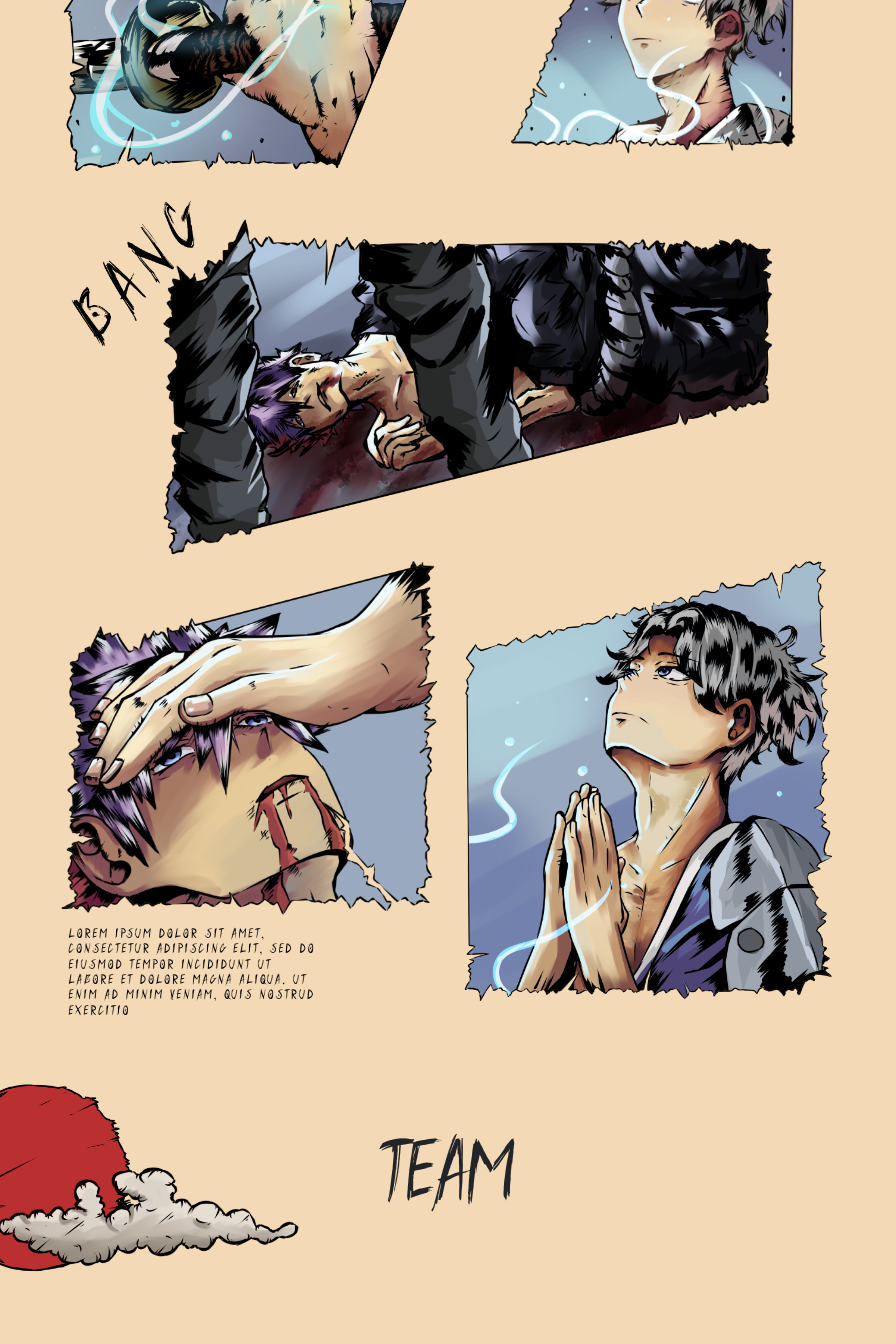
Repository: abzStudio/Kabuto-Web-notCompeleted
Page: index.html
An editor plug-in stored every save of this project. The page is shown before and after the next save, followed by the edit.
The browser window is 1280 px wide. The pictures show the part of the page from y = 1282 to 3202 px (the page is 4477 px tall before and 4675 px after), at 70% of full size.
Some web libraries are served in a nearby version.

Above is the page before, as saved 2023-03-16 03:02:34.

### index.html
<!doctype html>
<html lang="en">
  <head>
    <meta charset="utf-8">
    <meta name="viewport" content="width=device-width, initial-scale=1">
    <title>kabuto</title>
    <link rel="icon" type="image/x-icon" href="asset/images/favicon.ico">
    <link rel="stylesheet" href="asset/style.css">
    <link href="https://cdn.jsdelivr.net/npm/bootstrap@5.2.3/dist/css/bootstrap.min.css" rel="stylesheet" integrity="sha384-rbsA2VBKQhggwzxH7pPCaAqO46MgnOM80zW1RWuH61DGLwZJEdK2Kadq2F9CUG65" crossorigin="anonymous">
  <meta http-equiv="Content-Security-Policy" content="block-all-mixed-content">
  </head>

  <body><script src="https://code.jquery.com/jquery-1.10.1.min.js"></script>

    <script src="https://cdn.jsdelivr.net/npm/bootstrap@5.2.3/dist/js/bootstrap.bundle.min.js" integrity="sha384-kenU1KFdBIe4zVF0s0G1M5b4hcpxyD9F7jL+jjXkk+Q2h455rYXK/7HAuoJl+0I4" crossorigin="anonymous"></script>
<!-- New Nav Bar -->
<button class="toggle-overlay menu-btn"></button>
<aside>
    <div class="outer-close toggle-overlay">
      <a class="close"><span></span></a>
    </div>

    <nav>
        <div id="pot">  <img src="asset/images/heroimage.png" class="menu_img fade-lefts" alt="cloud"></div>
        <div class="social_icons">
            <ul class="icons_ul">
               <li><a href= ""><img href= "" src="asset/images/icons/discord.png" class="iconset" alt="icon"></a></li>
              <li><a href= "https://twitter.com/KabutoNFT"><img src="asset/images/icons/twitter.png" class="iconset" alt="icon"></a></li>
          <!--
                <li><img href= "" src="asset/images/icons/opensea.png" class="iconset" alt="icon"></li>
                <li><img href= "" src="asset/images/icons/blur.png" class="iconset" alt="icon"></li>
                <li><img href= "" src="asset/images/icons/discord.png" class="iconset" alt="icon"></li>
                <li><img href= "" src="asset/images/icons/looks.png" class="iconset" alt="icon"></li>
                <li><img href= "" src="asset/images/icons/first.png" class="iconset" alt="icon"></li>
                <li><img href= "" src="asset/images/icons/twitter.png" class="iconset" alt="icon"></li>
                <li><img href= "" src="asset/images/icons/web.png" class="iconset" alt="icon"></li>
                <li><img href= "" src="asset/images/icons/x2y2.png" class="iconset" alt="icon"></li>
                <li><img href= "" src="asset/images/icons/etherscan.png" class="iconset" alt="icon"></li>   -->
            </ul>
        </div>
        <ul class="pointshead">
            <li><a class="js-anchor-link down" href="#story_section">- Story</a></li>
            <li><a class="js-anchor-link down" href="#team_section">- Team</a></li>
            <li><a class="js-anchor-link down" href="#">- Mint</a></li>
            <li><a class="js-anchor-link down" href="#footer_section">- Useful Links</a></li>
      </ul>
    </nav>
  </aside>
<!-- end -->

    <section class="hero-section sec_ani">
    <div class="container-fluid reveal">
        <div class="row">
            <div class="col-md-12 hero_col">
                <!-- <button type="button" class="btn btn-infos btn_custom">Utility</button> -->
            </div>
        </div>
    </div>
</section>
<section id="story_section" class="section_story text-center sec_ani">
    <div class="container-fluid">
        <div class="row reveal fade-top">
            <div class="col-md-4 iamge_ad">
                <img src="asset/images/cloud.png" class="cloud_c" alt="cloud">
            </div>
            <div class="col-md-4 story_col end_col">
                <h1 class="">Story</h1>
            </div>
            <div class="col-md-4 iamge_ad">
                <img src="asset/images/tree.png" class="tree_c" alt="trees">
            </div>
            </div>
            </div>
            <div class="container container_stry">
            <div class="row row_story_end reveal fade-bottom adj_row ">
            <div class="col-md-6 story_img">
                <img src="asset/images/story_1.png" alt="Story one">
            </div>
            <div class="col-md-6 story_img">
                <img src="asset/images/story_2.png" class="story_two" alt="Story two">
              <div class="div_text">
                          <p class="text_p"> </p>
</div>
            </div>
        </div>
        <div class="row reveal fade-left" >
            <div class="col-md-12 story_img">
                <img src="asset/images/story_3.png" class="story_three" alt="Story three">
            </div>
            </div>
            <div class="row row_story_end reveal fade-right last_set">
                <div class="col-md-6 story_img">
                    <img src="asset/images/story_4.png" class="image_star" alt="Story four">
                    <div class="div_texts">
                        <p class="text_p">Lorem ipsum dolor sit amet, <br/> consectetur adipiscing elit, sed do <br/> eiusmod tempor incididunt ut <br/> labore et dolore magna aliqua. Ut<br/>
                             enim ad minim veniam, quis nostrud <br/>exercitio</p>
        </div>
                </div>
                <div class="col-md-6 story_img">
                    <img src="asset/images/story_5.png" alt="Story five">

                </div>
            </div>
    </div>
</section>
<section id="team_section" class="section_story text-center sec_ani">
    <div class="container-fluid reveal fade-bottom">
        <div class="row reveal fade-top">
            <div class="col-md-4 iamge_ad">
                <img src="asset/images/suncloud.png" class="cloud_c" alt="cloud">
            </div>
            <div class="col-md-4 story_col teamhead end_col">
                <h1 class="">Team</h1>
            </div>
            <div class="col-md-4 iamge_ad">
            </div>
            </div>
            <div class="row reveal fade-left">
              <div class="contan_images">
                <div class="box">
                  <div class="imgBx">
                    <img src="asset/images/Bileth.png">
                  </div>
                  <div class="content">
                    <div class="contentset">
                      <a href="https://twitter.com/bilethh" target="_blank" rel="noopener noreferrer">          <h2>Bileth</h2> </a>
                      <p>Founder</p>
                    </div>
                  </div>
                </div>
                <div class="box">
                  <div class="imgBx">
                    <img src="asset/images/Budguy.png">
                  </div>
                  <div class="content">
                    <div class="contentset">
                      <a href="https://twitter.com/TRomail" target="_blank" rel="noopener noreferrer">        <h2>Budguy</h2> </a>
                      <p>Co-Founder</p>
                    </div>
                  </div>
                </div>
                <div class="box">
               <div class="imgBx">
                 <img src="asset/images/smshayan.png">
                  </div>
                  <div class="content">
                    <div class="contentset">
                      <a href="https://twitter.com/smshayan_eth" target="_blank" rel="noopener noreferrer">   <h2>Smshayan</h2>  </a>
                      <p>Developer</p>
                    </p>
                    </div>
                  </div>
                </div>

              </div>
                </div>

            </div>



        </section>

      <section id="footer_section" class="section_story text-center sec_ani">
          <div class="container-fluid footer_head">
            <div class="row reveal">
              <div class="col-md-12 iamge_ad">
                  <img src="asset/images/cloudredbg.png" class="cloud_c" alt="cloud">
              </div>
            </div>
        </div>
        <div class="container-fluid footer_head section_footer">
              <div class="row">
                <div class="col-sm-12 col-md-12 col-lg-12">
                  <ul>
                    <li><a class="js-anchor-link" href="#story_section">- Story</a></li>
                    <li><a class="js-anchor-link" href="#team_section">- Team</a></li>
                    <li><a class="js-anchor-link" href="#">- Mint</a></li>
                    <li><a class="js-anchor-link" href="#">- Useful Links</a></li>
              </ul>
                </div>
              </div>
              <div class="row rowicon">
                <div class="col-sm-12 col-md-12 col-lg-12 fend">
                  <div class="social_icons iconmob">
                    <ul class="icons_ul">
                      <li><a href=""><img href= "" src="asset/images/icons/discord.png" class="iconset" alt="icon">
                     </a></li>
                      <li><a href="https://twitter.com/KabutoNFT"><img src="asset/images/icons/twitter.png" class="iconset" alt="icon">
                      </a></li>

                      <!--  <li><img href= "" src="asset/images/icons/opensea.png" class="iconset" alt="icon"></li>
                        <li><img href= "" src="asset/images/icons/blur.png" class="iconset" alt="icon"></li>
                        <li><img href= "" src="asset/images/icons/discord.png" class="iconset" alt="icon"></li>
                        <li><img href= "" src="asset/images/icons/looks.png" class="iconset" alt="icon"></li>
                        <li><img href= "" src="asset/images/icons/first.png" class="iconset" alt="icon"></li>
                        <li><img href= "" src="asset/images/icons/web.png" class="iconset" alt="icon"></li>
                        <li><img href= "" src="asset/images/icons/x2y2.png" class="iconset" alt="icon"></li>
                        <li><img href= "" src="asset/images/icons/etherscan.png" class="iconset" alt="icon"></li> -->
                    </ul>
                </div>

                </div>
              </div>

        </div>
      </section>
</body>

<div class="loader"> <h1>Loading...</h1></div>


<script>
 jQuery($ => {
  $(window).on('load', () => {
    setTimeout(() => {
      $('.loader').fadeOut('fast', function() {
        $(this).remove();
      });
    }, 3000);
  });
});
    function reveal() {
  var reveals = document.querySelectorAll(".reveal");

  for (var i = 0; i < reveals.length; i++) {
    var windowHeight = window.innerHeight;
    var elementTop = reveals[i].getBoundingClientRect().top;
    var elementVisible = 150;

    if (elementTop < windowHeight - elementVisible) {
      reveals[i].classList.add("active");
    } else {
      reveals[i].classList.remove("active");
    }
  }
}

window.addEventListener("scroll", reveal);
$('aside ul li a').on('click', function(){
    $("aside").hide();
    $("aside").removeClass("open");
     $("aside").addClass("open");

});
// $('.js-anchor-link').click(function(e){
//   e.preventDefault();

//   var target = $($(this).attr('href'));
//   if(target.length){
//     var scrollTo = target.offset().top;
//     $('body, html').animate({scrollTop: scrollTo+'px'}, 1000);
//   }
// });
$('.js-anchor-link').click(function(){
  var target = $($(this).attr('href'));
 if(target.length){
  var scrollTo = target.offset().top;
    $("html, body").animate({ scrollTop: scrollTo+'px' }, 3000);
    return false;
  }

});
window.addEventListener("scroll", reveal);
$(function() {
    $('.toggle-overlay').click(function() {
      $('aside').toggleClass('open');
    });
    $('aside nav li a').click(function() {
      $('aside').toggleClass('open');
    });
  });

</script>
</html>

Loaded but not shown: asset/style.css (803 lines, source omitted)

After the next save:
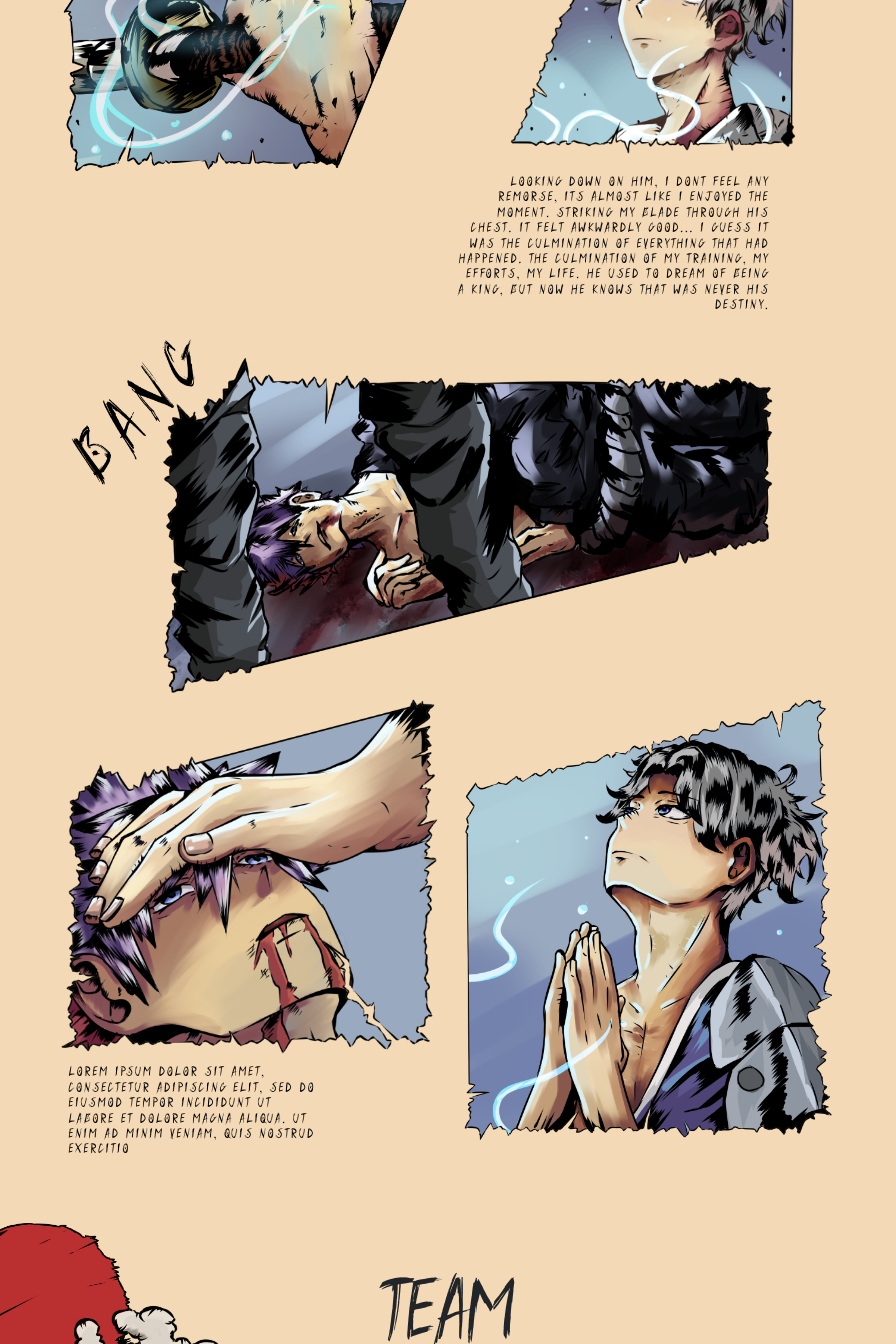
Saved 7 s later.
--- a/index.html
+++ b/index.html
@@ -79,7 +79,7 @@
             <div class="col-md-6 story_img">
                 <img src="asset/images/story_2.png" class="story_two" alt="Story two">
               <div class="div_text">
-                          <p class="text_p"> </p>
+                          <p class="text_p"> Looking down on him, I dont feel any remorse, its almost like I enjoyed the moment. Striking my blade through his chest. It felt awkwardly good... I guess it was the culmination of everything that had happened. The culmination of my training, my efforts, my life.  He used to dream of being a king, but now he knows that was never his destiny.</p>
 </div>
             </div>
         </div>
